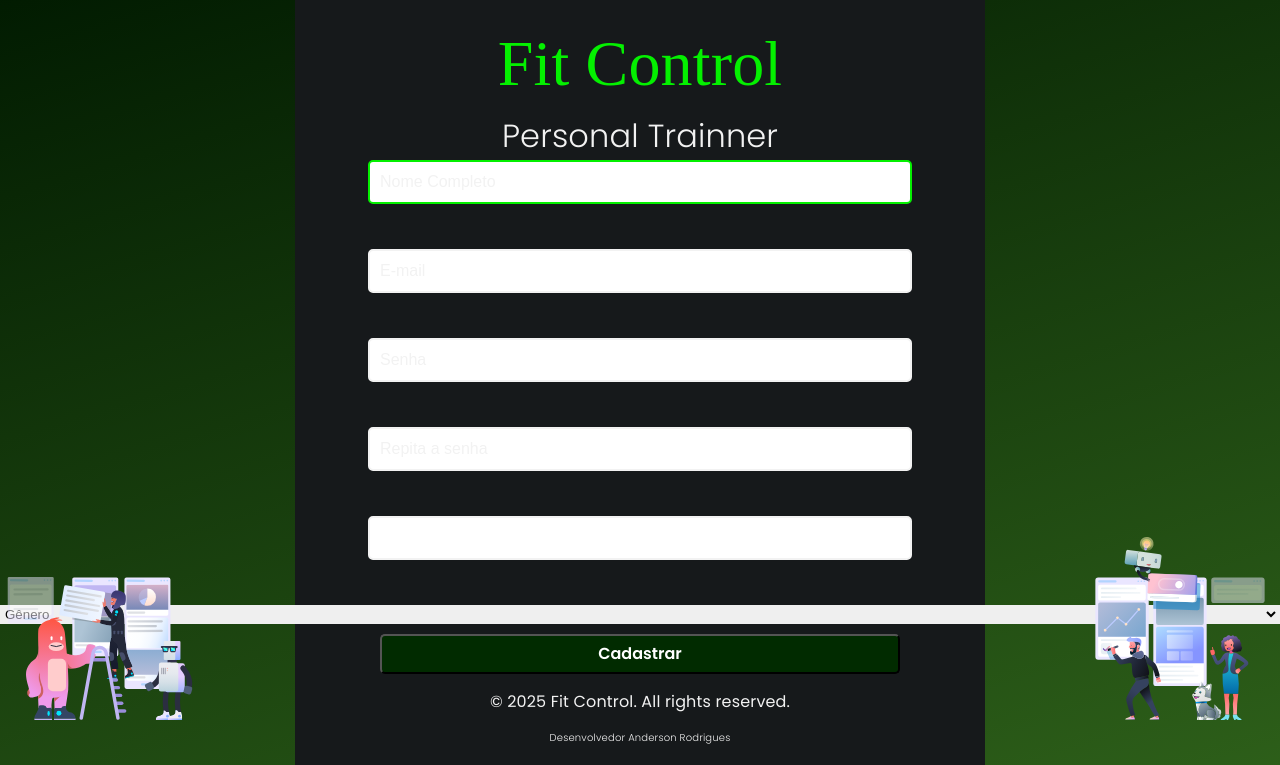
Repository: fit-control/frontend-fit-control
Page: /cadastro
These files come from the project's save history. The page is drawn as it stood at one moment and after the next save; the edit follows.
The browser window is 1280 px wide. The pictures show the whole page.
Some web fonts or font styles are not loaded; a fallback is used. The project was rebuilt for these pictures with package versions that can differ from the ones it lists, and the page was loaded fresh each time. Settings that the repository does not hold, such as keys and server addresses, were given made-up values. Also part of the build but not shown: next.config.js, vite.config.ts, src/components/containerCenterLogin.tsx, src/pages/About.tsx, src/pages/NotFound.tsx, src/components/AuthRoutes.tsx, src/pages/PaginaTeste.tsx.

Above is the page before, as saved 2025-03-22 15:06:24.

After the next save:
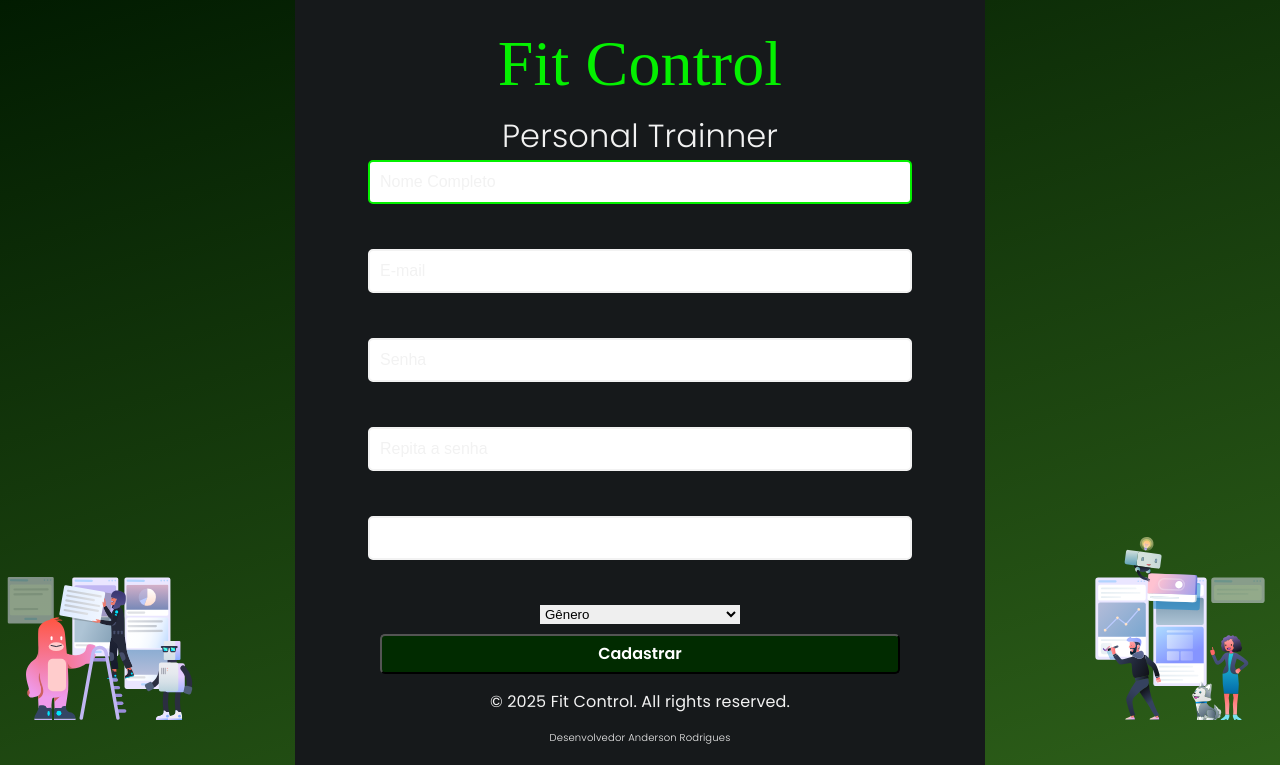
Saved 16 s later.
--- a/src/components/containerCenterCadastro.tsx
+++ b/src/components/containerCenterCadastro.tsx
@@ -117,7 +117,7 @@ const ContainerCenterCadastro = () => {
             {...register('telefone')}
             style={{ borderColor: errorMessage ? "red" : ""}}
           />
-           <select {...register('genero')} style={{ borderColor: errorMessage ? "red" : "transparent", width: '100vw' }}>
+           <select {...register('genero')} style={{ borderColor: errorMessage ? "red" : "transparent", width: '200px' }}>
                 <option value="">Gênero</option>
                 <option value="homem">Homem</option>
                 <option value="mulher">Mulher</option>
